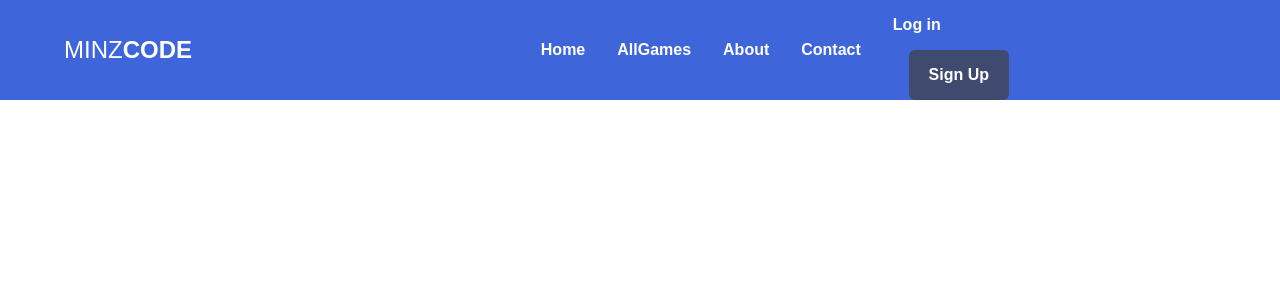
Repository: Fariaddd/New-CA-
Page: index.html
The author's editor kept a copy of each file at every save. The page is drawn from the files as they stood at one save, then again after the next save.
The browser window is 1280 px wide. The pictures show the whole page.

Above is the page before, as saved 2021-11-14 03:13:05.

### index.html
<!DOCTYPE html>
<html lang="en">
  <head>
    <meta charset="UTF-8" />
    <meta http-equiv="X-UA-Compatible" content="IE=edge" />
    <meta name="viewport" content="width=device-width, initial-scale=1.0" />
    <title>Homepage</title>
    <link rel="stylesheet" href="./css/styles.css" />
  </head>
  <body>
    <header>
    </div>
      <nav>
        <input id="nav-toggle" type="checkbox" />
        <div class="logo">MINZ<strong>CODE</strong></div>
        <ul class="links">
          <li><a href="index.html">Home</a></li>
          <li><a href="allgames.html">AllGames</a></li>
          <li><a href="about.html">About</a></li>
          <li><a href="contact.html">Contact</a></li>
          <div>
            <a href="./login.html" class="linkss">Log in</a>
            <button class="button button-signup">
              <a href="./signup.html" class="links">Sign Up</a>
            </button>
          </div>
        </div>
        </ul>
        <label for="nav-toggle" class="icon-burger">
          <div class="line"></div>
          <div class="line"></div>
          <div class="line"></div>
        </label>
      </nav>
    </header>
  </body>
</html>

### css/styles.css
body {
  padding: 0;
  margin: 0;
}
.container {
  position: relative;
  margin-top: 100px;
}
.container img {
  display: block;
  width: 100%;
}

nav {
  position: fixed;
  z-index: 10;
  left: 0;
  right: 0;
  top: 0;
  font-family: "Montserrat", sans-serif;
  padding: 0 5%;
  height: 100px;
  background-color: #3e65da;
}

.button {
  background-color: var(--button-links-color);
  color: white;
  border-radius: 6px;
  border: none;
  height: 40px;
  font-size: 1em;
  cursor: pointer;
}

:root {
  --button-links-color: #404a6f;
  --upload-link-color: #4a7373;
}

button {
  width: 100%;
}

.search-desktop {
  list-style: none;
}

.login-signup,
.logo-desktop {
  display: none;
}

.linkss {
  font-weight: 700;
  text-decoration: none;
  color: var(--button-links-color);
}

nav .logo {
  float: left;
  width: 40%;
  height: 100%;
  display: flex;
  align-items: center;
  font-size: 24px;
  color: #fff;
}
nav .links {
  float: center;
  padding: 0;
  margin: 0;
  width: 100px;
  height: 100%;
  display: flex;
  justify-content: space-around;
  align-items: center;
}

nav .button,
.linkss {
  float: right;
  right: 350px;
  padding: 0;
  margin: 0;
  width: 100px;
  height: 100%;
  display: flex;
}

nav .links li {
  list-style: none;
}
nav .links a {
  display: block;
  padding: 1em;
  font-size: 16px;
  font-weight: bold;
  color: #fff;
  text-decoration: none;
}
#nav-toggle {
  position: absolute;
  top: -100px;
}
nav .icon-burger {
  display: none;
  position: absolute;
  right: 5%;
  top: 50%;
  transform: translateY(-50%);
}
nav .icon-burger .line {
  width: 30px;
  height: 5px;
  background-color: #fff;
  margin: 5px;
  border-radius: 3px;
  transition: all 0.3s ease-in-out;
}
@media screen and (max-width: 768px) {
  nav .logo {
    float: none;
    width: auto;
    justify-content: center;
  }

  .button-signup {
    width: 100px;
    height: 40px;
  }
  nav .links {
    float: none;
    position: fixed;
    z-index: 9;
    left: 0;
    right: 0;
    top: 100px;
    bottom: 100%;
    width: auto;
    height: auto;
    flex-direction: column;
    justify-content: space-evenly;
    background-color: rgba(0, 0, 0, 0.8);
    overflow: hidden;
    box-sizing: border-box;
    transition: all 0.5s ease-in-out;
  }
  nav .links a {
    font-size: 20px;
  }
  nav :checked ~ .links {
    bottom: 0;
  }
  nav .icon-burger {
    display: block;
  }
  nav :checked ~ .icon-burger .line:nth-child(1) {
    transform: translateY(10px) rotate(225deg);
  }
  nav :checked ~ .icon-burger .line:nth-child(3) {
    transform: translateY(-10px) rotate(-225deg);
  }
  nav :checked ~ .icon-burger .line:nth-child(2) {
    opacity: 0;
  }
}

After the next save:
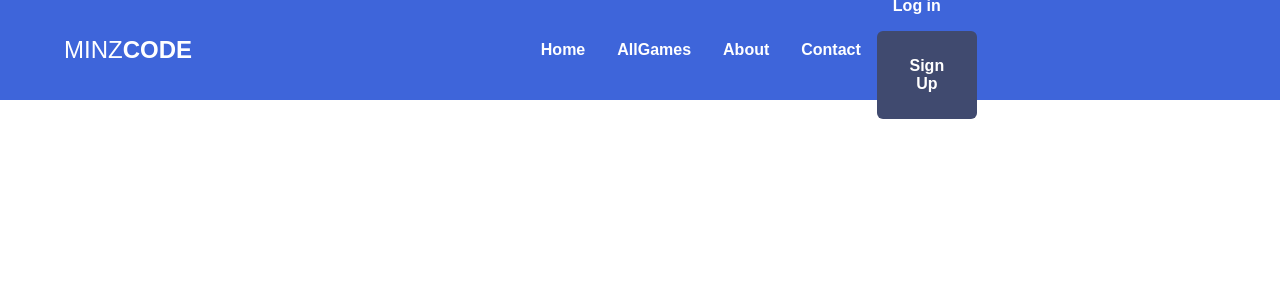
Saved 26 s later.
--- a/css/styles.css
+++ b/css/styles.css
@@ -79,13 +79,13 @@
 
 nav .button,
 .linkss {
-  float: right;
-  right: 350px;
-  padding: 0;
+  float: center;
+  padding: 10px;
   margin: 0;
   width: 100px;
   height: 100%;
   display: flex;
+  position: flex;
 }
 
 nav .links li {
